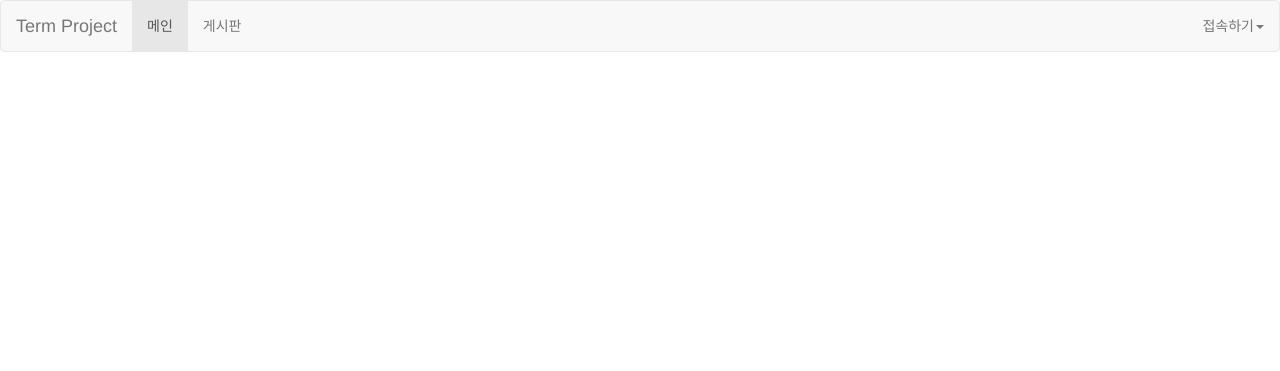
Repository: subsub97/web_bulletin-board
Page: http://localhost/BBS/main.jsp
The author's editor kept a copy of each file at every save. The page is drawn from the files as they stood at one save, then again after the next save.
The browser window is 1280 px wide. The pictures show the whole page.
Some web libraries are served in a nearby version. The page is served by Tomcat 9. Other server files are loaded and not shown.

Above is the page before, as saved 2023-05-28 11:11:05.

### Projects/BBS/src/main/webapp/main.jsp
<%@ page language="java" contentType="text/html; charset=UTF-8" pageEncoding="UTF-8"%>
<%@ page import= "java.io.PrintWriter"  %>
<!DOCTYPE html>
<html>
<head>
<meta charset="UTF-8">
<meta name="viewport" content="width=device-width, initial-scale=1">

<link rel="stylesheet" href="css/bootstrap.css">

<title>Term Project</title>
</head>
<body>
	<%
		String userID = null;
		if (session.getAttribute("userID") != null){
			userID = (String) session.getAttribute("userID"); //로그인중인데 세션이 없는경우 받아온다.

		}
	%>
	<nav class="navbar navbar-default">
		<div class="navbar-header">
			<button type="button" class="navbar-toggle collapsed"
				data-toggle="collapse" data-target="#bs-example-navbar-collapse-1"
				aria-expanded="false">
				<span class="icon-bar"></span>
				<span class="icon-bar"></span>
				<span class="icon-bar"></span>
			</button>
			<a class="navbar-brand" href="main.jsp">Term Project</a>
		</div>
		<div class="collapse navbar-collapse" id="bs-example-navbar-collapse-1">
			<ul class="nav navbar-nav">
				<li class="active"><a href="main.jsp">메인</a></li>
				<li><a href="bbs.jsp">게시판</a></li>
			</ul>
			<%
				if(userID == null){
			%>
		 	<!-- 로그인이 안되어있는경우  -->
			<ul class="nav navbar-nav navbar-right">
				<li class="dropdown">
					<a href="#" class="dropdown-toggle" data-toggle="dropdown" role="button" aria-haspopup="true"
						aria-expanded="false">접속하기<span class="caret"></span></a>
					<ul class="dropdown-menu">
						<li><a href="login.jsp">로그인</a></li>
						<li><a href="join.jsp">회원가입</a></li>
					</ul>
				</li>
			</ul>
			<%
				} else {
			%>
			<!-- 로그인이 되어있는경우 -->
			<ul class="nav navbar-nav navbar-right">
				<li class="dropdown">
					<a href="#" class="dropdown-toggle" data-toggle="dropdown" role="button" aria-haspopup="true"
						aria-expanded="false">회원관리<span class="caret"></span></a>
					<ul class="dropdown-menu">
						<li><a href="logoutAction.jsp">로그아웃</a></li>
					</ul>
				</li>
			</ul>
			<%
				}
			%>

		</div>
	</nav>
		<script src="https://code.jquery.com/jquery-3.1.1.min.js"></script>
		<script src="js/bootstrap.js"></script>

</body>
</html>

Loaded but not shown: Projects/BBS/src/main/webapp/css/bootstrap.css (library); Projects/BBS/src/main/webapp/js/bootstrap.js (library)

After the next save:
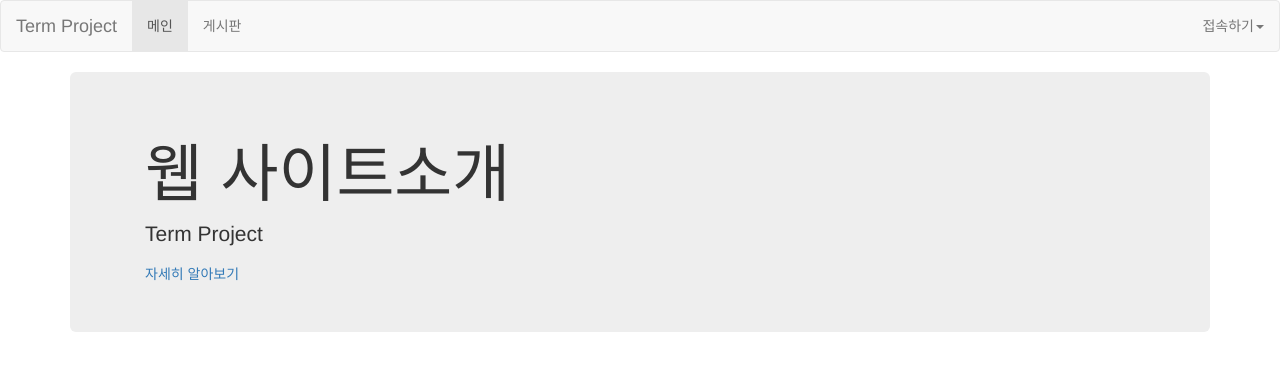
Saved 4 days later.
--- a/Projects/BBS/src/main/webapp/main.jsp
+++ b/Projects/BBS/src/main/webapp/main.jsp
@@ -67,6 +67,16 @@
 
 		</div>
 	</nav>
+	<div class = "container">
+		<div class ='jumbotron'>
+			<div class = "container">
+				<h1>웹 사이트소개</h1>
+				<p>Term Project</p>
+				<a class = "btn-btn-primary btn-pull" href = "#" role = "button">자세히 알아보기</a>
+			</div>
+
+		</div>
+	</div>
 		<script src="https://code.jquery.com/jquery-3.1.1.min.js"></script>
 		<script src="js/bootstrap.js"></script>
 
